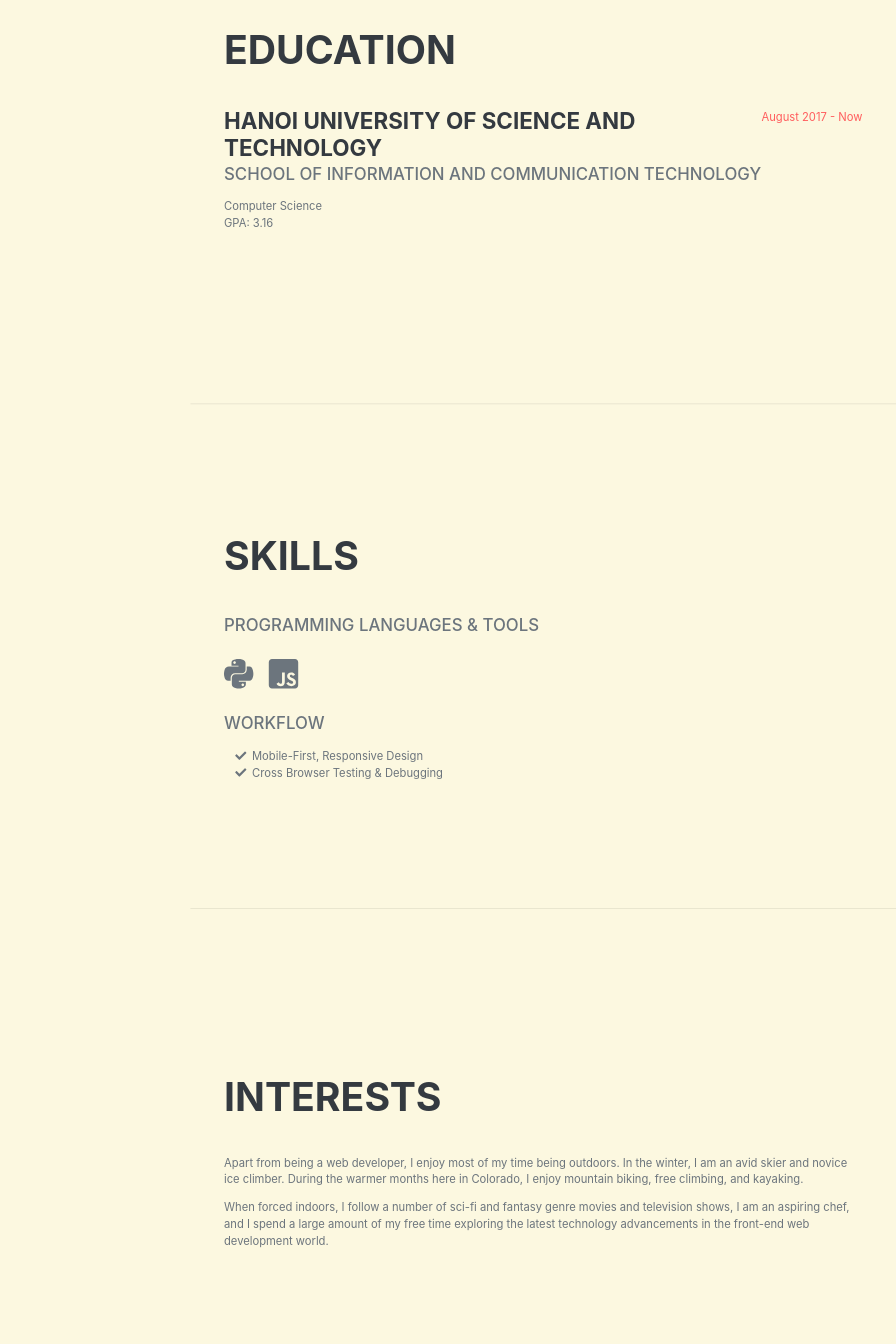
Repository: nguyenlcc/Online-CV
Page: index.html
These files come from the project's save history. The page is drawn as it stood at one moment and after the next save; the edit follows.
The browser window is 1280 px wide. The pictures show the part of the page from y = 1892 to 3812 px (the page is 4631 px tall), at 70% of full size.
Some web fonts or font styles are not loaded; a fallback is used. Some web libraries are served in a nearby version.

Above is the page before, as saved 2022-05-23 01:23:45.

After the next save:
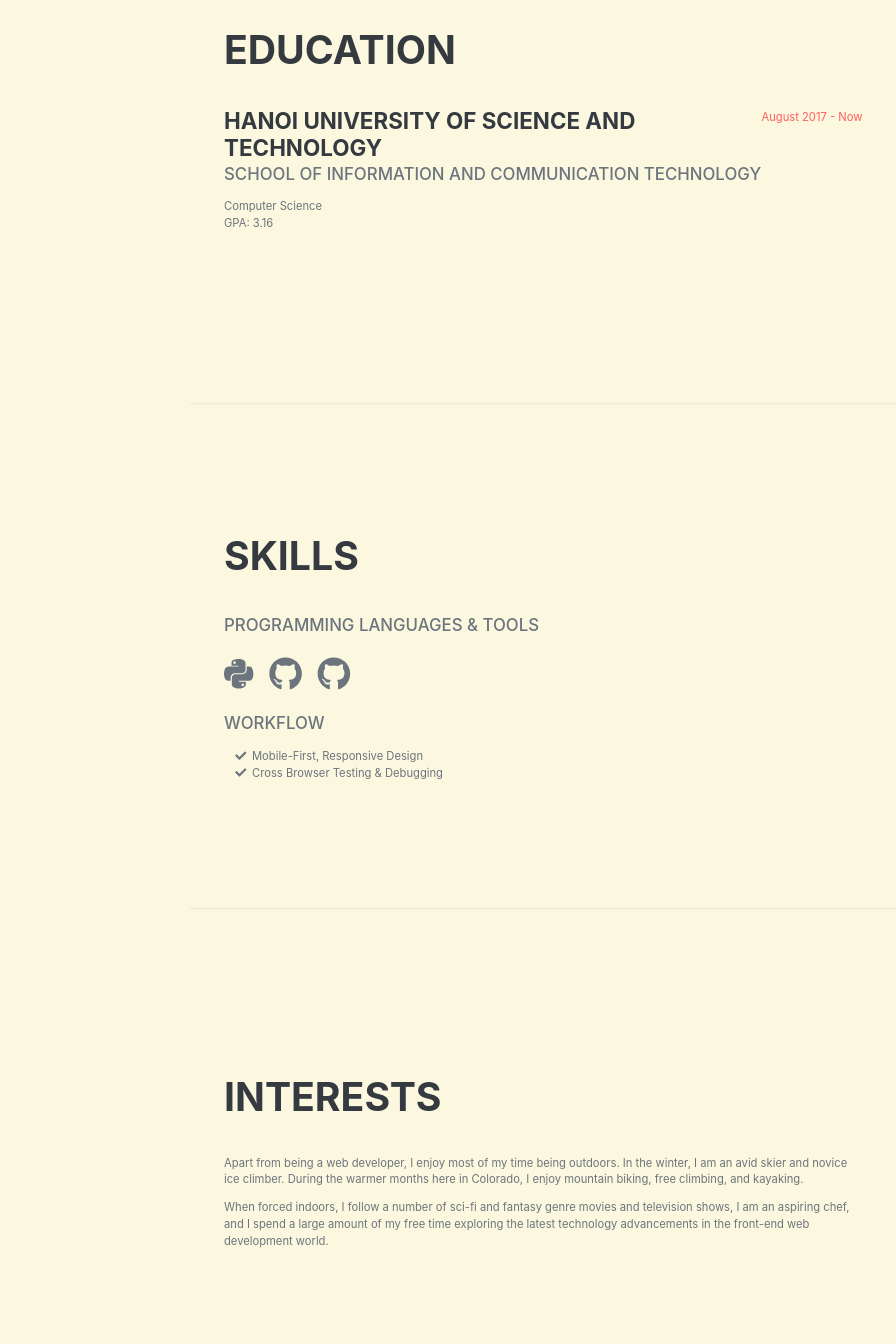
Saved 9 min 39 s later.
--- a/index.html
+++ b/index.html
@@ -215,7 +215,8 @@
           <div class="subheading mb-3">Programming Languages & Tools</div>
           <ul class="list-inline dev-icons">
             <li class="list-inline-item"><i class="fab fa-python"></i></li>
-            <li class="list-inline-item"><i class="fab fa-js-square"></i></li>
+            <li class="list-inline-item"><i class="fab fa-github"></i></li>
+            <li class="list-inline-item"><i class="fab fa-github"></i></li>
           </ul>
           <div class="subheading mb-3">Workflow</div>
           <ul class="fa-ul mb-0">
